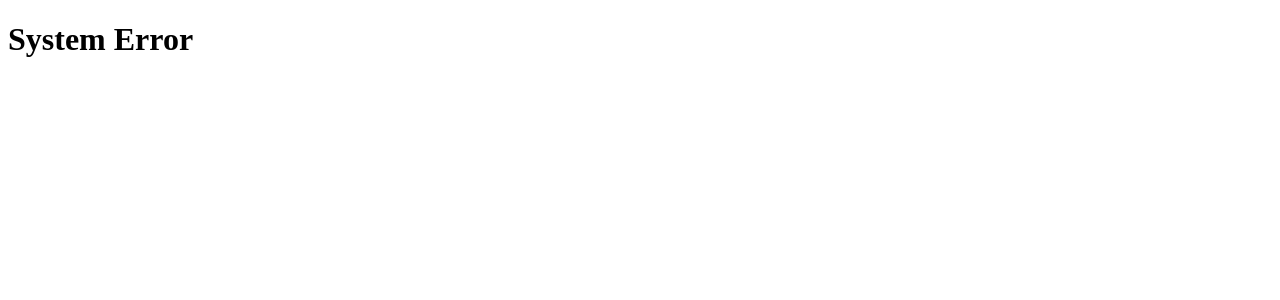
Repository: kirushanshan/SGIC-JAVA
Page: http://localhost/Student/studentManage
The author's editor kept a copy of each file at every save. The page is drawn from the files as they stood at one save, then again after the next save.
The browser window is 1280 px wide. The pictures show the whole page.
The page is served by Tomcat 9.

Above is the page before, as saved 2022-09-22 04:08:26.

After the next save:
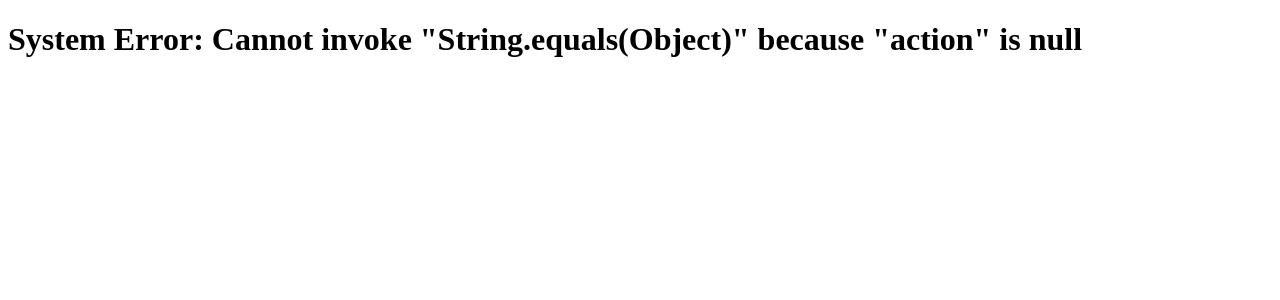
Saved 70 s later.
--- a/h/Student/src/main/java/StudentManage.java
+++ b/h/Student/src/main/java/StudentManage.java
@@ -49,7 +49,7 @@ public class StudentManage extends HttpServlet {
 				request.getRequestDispatcher("view_student_details.jsp").forward(request, response);
 			}
 		} catch (Exception exception) {
-			request.setAttribute("ERROR", "System Error" );
+			request.setAttribute("ERROR", "System Error: " + exception.getMessage());
 			request.getRequestDispatcher("error.jsp").forward(request, response);
 
 		}
